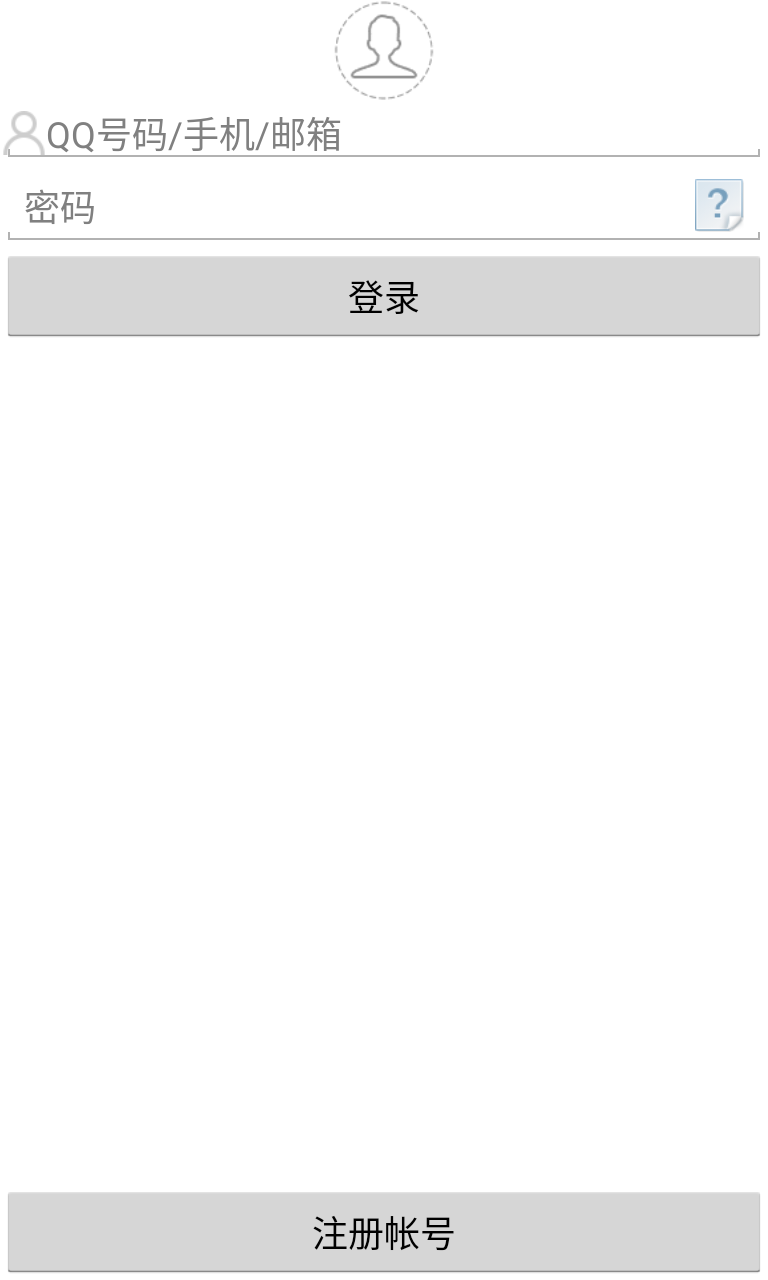
Repository: JDLINLC/android-dev
Layout: ModifyQQ/res/layout/main_activity.xml
These files come from the project's save history. The layout is drawn as it stood at one moment and after the next save; the edit follows.
It is drawn on a 768 x 1280 px phone screen (xhdpi) without system bars, with theme AppTheme; the app's code is not run.

Above is the layout before, as saved 2015-04-23 09:43:53.

After the next save:
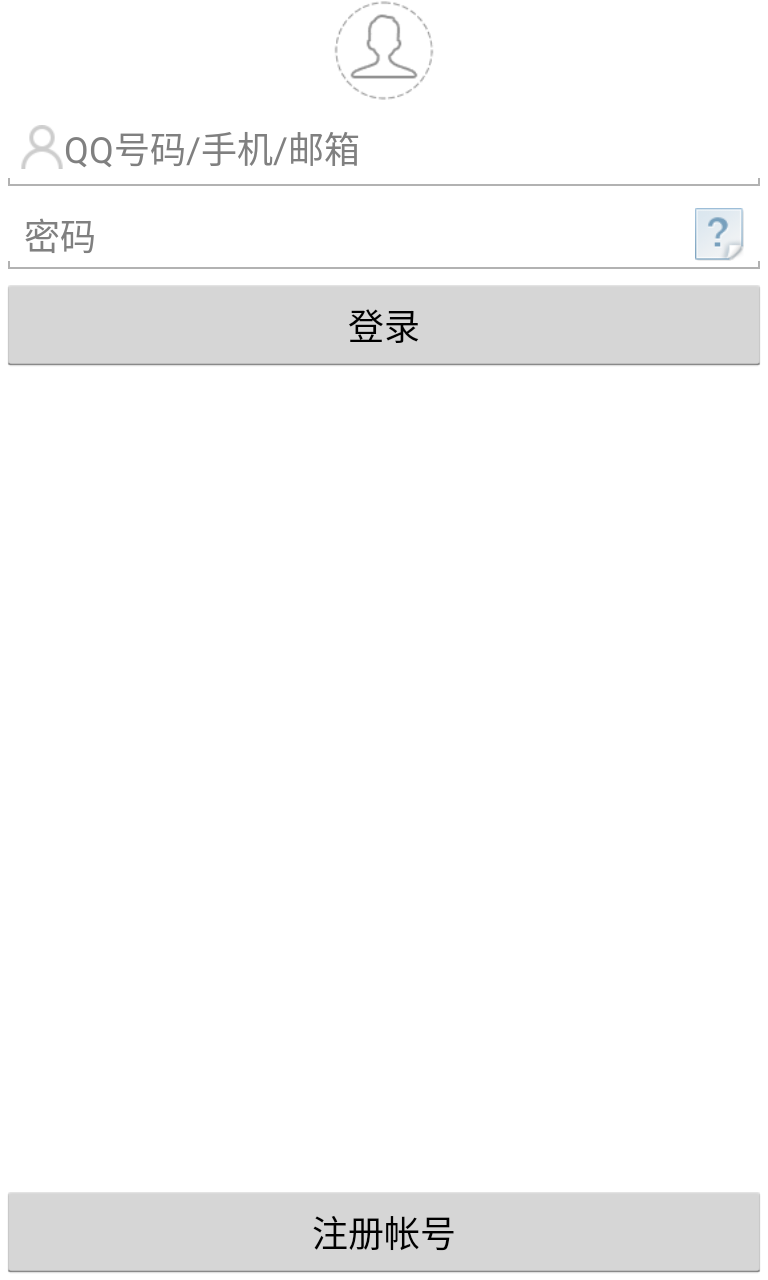
Saved 44 s later.
--- a/ModifyQQ/res/layout/main_activity.xml
+++ b/ModifyQQ/res/layout/main_activity.xml
@@ -17,7 +17,7 @@
         android:layout_height="wrap_content"
         android:layout_width="match_parent"
         android:layout_below="@id/image_view"
-        android:padding="1dip"
+        android:padding="10dip"
         android:drawableLeft="@drawable/a"
         android:hint="QQ号码/手机/邮箱"
         />
